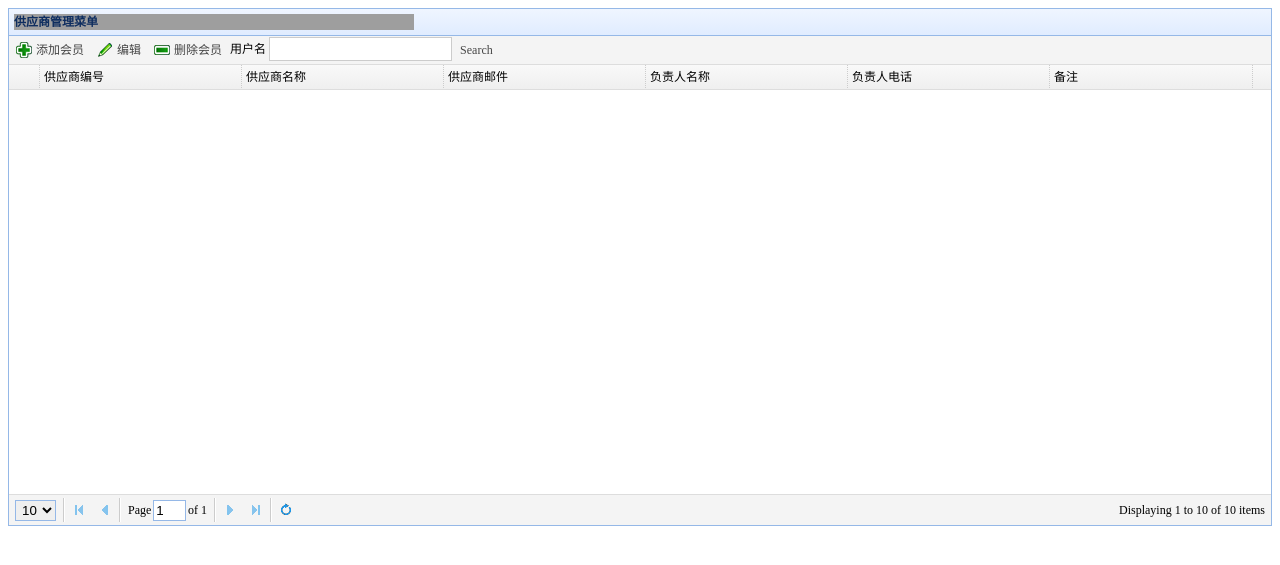
Repository: xnmll/jsp-mysql-mini-system
Page: finally/Member/WebRoot/PersonalMember.html
These files come from the project's save history. The page is drawn as it stood at one moment and after the next save; the edit follows.
The browser window is 1280 px wide. The pictures show the whole page.
Pictures or frames that could not be fetched are drawn as grey boxes. The page's requests for data from a server got no answer.

Above is the page before, as saved 2018-05-02 12:40:05.

### finally/Member/WebRoot/PersonalMember.html
<!DOCTYPE html>
<html lang="zh-cn">
<head>
<meta charset="UTF-8">
<title>主页</title>
<script src="eui/jquery.min.js"></script>
<script src="eui/jquery.easyui.min.js"></script>
<link rel="stylesheet" href="eui/themes/icon.css">
<link rel="stylesheet" href="eui/themes/default/easyui.css">
<style type="text/css">
#fm {
	margin: 0;
	padding: 10px 30px;
}

.ftitle {
	font-size: 14px;
	font-weight: bold;
	padding: 5px 0;
	margin-bottom: 10px;
	border-bottom: 1px solid #ccc;
}

.fitem {
	margin-bottom: 5px;
}

.fitem label {
	display: inline-block;
	width: 80px;
}

.fitem input {
	width: 160px;
}
</style>
<script>
	var url;
	//点击添加用户弹出菜单
	function newMember() {
		$("#dlg").dialog('open').dialog('setTitle', '添加供应商');
		$("#fm").form('clear');
		url = "addPersonalMemberAction"
	}

	function destroyMember() {
		var usernumbers = new Array();
		var rows = $("#dg").datagrid('getSelections');

		if (rows) {
			for (var i = 0; i < rows.length; i++) {
				usernumbers.push(rows[i].usernumber);
			}
			var j = usernumbers.toString();
			$.messager.confirm('确定', '确定删除选中的信息？', function(r) {
				if (r) {
					$.post("deleteMemberAction", {
						"usernumbers" : j
					}, function(result) {
						if (result.success) {
							$("#dg").datagrid('reload');
						} else {
							$.messager.show({
								Title : '错误',
								msg : result.errorMsg
							})
						}
					}, 'json');
				}
			})
		}
	}

	function editMember2() {
		var row = $('#dg').datagrid('getSelected');
		if (row) {
			$('#dlg2').dialog('open').dialog('setTitle', '编辑');
			$('#update').form('load', row);
			url = 'updateMemberAction?usernumber=' + row.usernumber;
		}
	}

	function saveMember2() {
		$('#update').form('submit', {
			url : url,
			onSubmit : function() {
				return $(this).form('validate');
			},
			success : function(result) {
				var result = eval('(' + result + ')');
				if (result.errorMsg) {
					$.messager.show({
						title : 'Error',
						msg : result.errorMsg
					});
				} else {
					$('#dlg2').dialog('close'); // close the dialog
					$('#dg').datagrid('reload'); // reload the user data
				}
			}
		});
	}

	//对话框OK选项

	function saveMember() {
		$('#fm').form('submit', {
			url : url,
			onSubmit : function() {
				return $(this).form('validate');
			},
			success : function(result) {
				var result = eval('(' + result + ')');
				if (result.errorMsg) {
					$.messager.show({
						title : 'Error',
						msg : result.errorMsg
					});
				} else {
					$('#dlg').dialog('close'); // close the dialog
					$('#dg').datagrid('reload'); // reload the user data
				}
			}
		});
	}

	function doSearch() {
		$('#dg').datagrid('load', {
			user : $('#user').val()
		});
	}
</script>
</head>
<body>
	<table id="dg" title="供应商管理菜单" class="easyui-datagrid"
		style="width:100%;height:70%"
		data-options="rownumbers:true,singleSelect:false,pagination:true"
		url="displayPersonalMemberAction" toolbar="#toolbar" rownumbers="true"
		fitColumns="true" singleSelect="false">
		<thead>
			<tr>
				<th field="usernumber" width="50">供应商编号</th>
				<th field="username" width="50">供应商名称</th>
				<th field="email" width="50">供应商邮件	</th>
				<th field="question" width="50">负责人名称</th>
				<th field="answer" width="50">负责人电话</th>
				<th field="safecode" width="50">备注</th>
			</tr>
		</thead>
	</table>
	<div id="toolbar">
		<a href="javascript:void(0)" class="easyui-linkbutton"
			iconCls="icon-add" plain="true" onclick="newMember()">添加会员</a> <a
			href="javascript:void(0)" class="easyui-linkbutton"
			iconCls="icon-edit" plain="true" onclick="editMember2()">编辑</a> <a
			href="javascript:void(0)" class="easyui-linkbutton"
			iconCls="icon-remove" plain="true" onclick="destroyMember()">删除会员</a>
		<span>用户名</span> <input id="user" name="user"
			style="line-height:20px;border:1px solid #ccc"> <a href="#"
			class="easyui-linkbutton" plain="true" onclick="doSearch()">Search</a>
	</div>
	<div id="dlg" class="easyui-dialog"
		style="width:400px;height:280px;padding:10px 20px" closed="true"
		buttons="#dlg-buttons">
		<div class="ftitle">会员信息</div>
		<form id="fm" method="post" ENCTYPE="multipart/form-data" novalidate>
			<div class="fitem">
				<label>用户名</label> <input type="text" name="username"
					class="easyui-validate">
			</div>
			<div class="fitem">
				<label>密码</label> <input type="password" name="password"
					class="easyui-validate">
			</div>

			<div class="fitem">
				<label>安全问题</label> <select name="question" id="question"
					class="easyui-according">
					<option value="你的母亲是？">你的母亲是？</option>
					<option value="你的父亲是?">你的父亲是?</option>
					<option value="你的生日是几号?">你的生日是几号?</option>
				</select>
			</div>
			<div class="fitem">
				<label>答案</label> <input type="text" name="answer"
					class="easyui-validate">
			</div>
			<div class="fitem">
				<label>安全码</label> <input type="text" name="safecode"
					class="easyui-validate">
			</div>
			<div class="fitem">
				<label>头像地址</label> <input name="img" class="easyui-filebox">
			</div>
			<div class="fitem">
				<label>邮箱</label> <input type="text" name="email"
					class="easyui-validate">
			</div>

		</form>

	</div>
	<div id="dlg2" class="easyui-dialog"
		style="width:400px;height:280px;padding:10px 20px" closed="true"
		buttons="#dlg-buttons2">
		<div class="ftitle">会员信息</div>
		<form id="update" method="post" novalidate>
			<div class="fitem">
				<label>用户名</label> <input type="text" name="username"
					class="easyui-validate" disabled=true>
			</div>
			<div class="fitem">
				<label>安全问题</label> <input type="text" name="question"
					class="easyui-validate">
			</div>
			<div class="fitem">
				<label>答案</label> <input type="text" name="answer"
					class="easyui-validate">
			</div>
			<div class="fitem">
				<label>安全码</label> <input type="text" name="safecode"
					class="easyui-validate">
			</div>

		</form>

	</div>
	<div id="dlg-buttons">
		<a href="#" class="easyui-linkbutton" iconCls="icon-ok"
			onclick="saveMember()">保存</a> <a href="#" class="easyui-linkbutton"
			iconCls="icon-cancel" onclick="javascript:$('#dlg').dialog('close')">取消</a>
	</div>
	<div id="dlg-buttons2">
		<a href="#" class="easyui-linkbutton" iconCls="icon-ok"
			onclick="saveMember2()">保存</a> <a href="#" class="easyui-linkbutton"
			iconCls="icon-cancel" onclick="javascript:$('#dlg2').dialog('close')">取消</a>
	</div>


</body>
</html>

### finally/Member/WebRoot/eui/themes/icon.css
.icon-blank{
	background:url('icons/blank.gif') no-repeat center center;
}
.icon-add{
	background:url('icons/edit_add.png') no-repeat center center;
}
.icon-edit{
	background:url('icons/pencil.png') no-repeat center center;
}
.icon-clear{
	background:url('icons/clear.png') no-repeat center center;
}
.icon-remove{
	background:url('icons/edit_remove.png') no-repeat center center;
}
.icon-save{
	background:url('icons/filesave.png') no-repeat center center;
}
.icon-cut{
	background:url('icons/cut.png') no-repeat center center;
}
.icon-ok{
	background:url('icons/ok.png') no-repeat center center;
}
.icon-no{
	background:url('icons/no.png') no-repeat center center;
}
.icon-cancel{
	background:url('icons/cancel.png') no-repeat center center;
}
.icon-reload{
	background:url('icons/reload.png') no-repeat center center;
}
.icon-search{
	background:url('icons/search.png') no-repeat center center;
}
.icon-print{
	background:url('icons/print.png') no-repeat center center;
}
.icon-help{
	background:url('icons/help.png') no-repeat center center;
}
.icon-undo{
	background:url('icons/undo.png') no-repeat center center;
}
.icon-redo{
	background:url('icons/redo.png') no-repeat center center;
}
.icon-back{
	background:url('icons/back.png') no-repeat center center;
}
.icon-sum{
	background:url('icons/sum.png') no-repeat center center;
}
.icon-tip{
	background:url('icons/tip.png') no-repeat center center;
}
.icon-filter{
	background:url('icons/filter.png') no-repeat center center;
}
.icon-man{
	background:url('icons/man.png') no-repeat center center;
}
.icon-lock{
	background:url('icons/lock.png') no-repeat center center;
}
.icon-more{
	background:url('icons/more.png') no-repeat center center;
}


.icon-mini-add{
	background:url('icons/mini_add.png') no-repeat center center;
}
.icon-mini-edit{
	background:url('icons/mini_edit.png') no-repeat center center;
}
.icon-mini-refresh{
	background:url('icons/mini_refresh.png') no-repeat center center;
}

.icon-large-picture{
	background:url('icons/large_picture.png') no-repeat center center;
}
.icon-large-clipart{
	background:url('icons/large_clipart.png') no-repeat center center;
}
.icon-large-shapes{
	background:url('icons/large_shapes.png') no-repeat center center;
}
.icon-large-smartart{
	background:url('icons/large_smartart.png') no-repeat center center;
}
.icon-large-chart{
	background:url('icons/large_chart.png') no-repeat center center;
}

Loaded but not shown: finally/Member/WebRoot/eui/jquery.min.js (library); finally/Member/WebRoot/eui/jquery.easyui.min.js (library); finally/Member/WebRoot/eui/themes/default/easyui.css (2869 lines, source omitted)

After the next save:
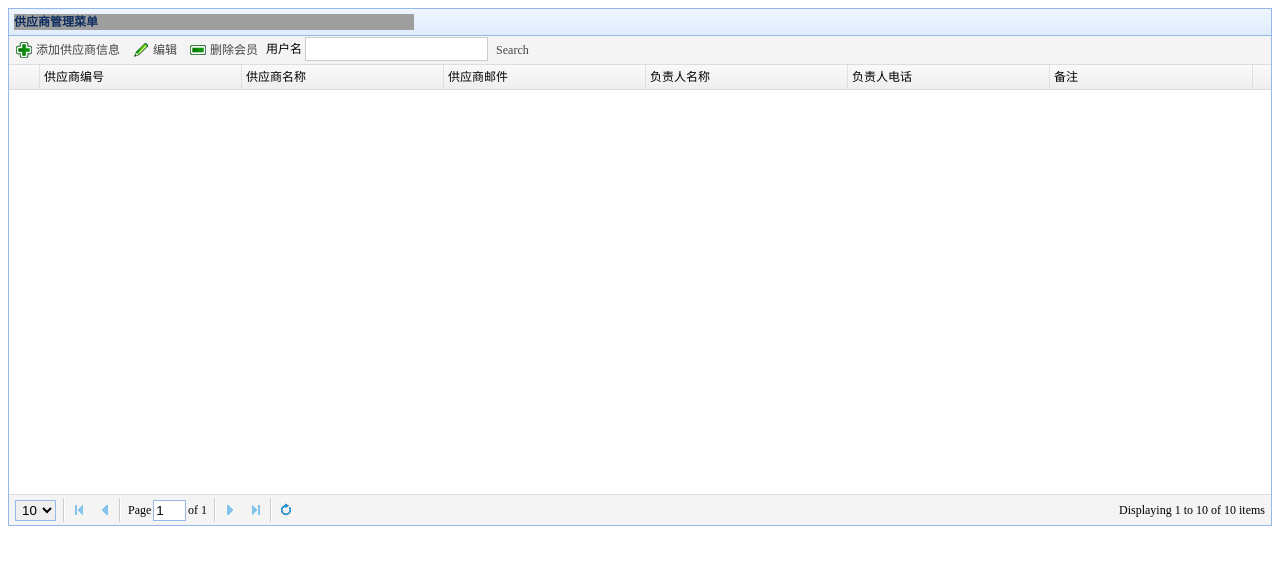
Saved 10 s later.
--- a/finally/Member/WebRoot/PersonalMember.html
+++ b/finally/Member/WebRoot/PersonalMember.html
@@ -150,7 +150,7 @@
 	</table>
 	<div id="toolbar">
 		<a href="javascript:void(0)" class="easyui-linkbutton"
-			iconCls="icon-add" plain="true" onclick="newMember()">添加会员</a> <a
+			iconCls="icon-add" plain="true" onclick="newMember()">添加供应商信息</a> <a
 			href="javascript:void(0)" class="easyui-linkbutton"
 			iconCls="icon-edit" plain="true" onclick="editMember2()">编辑</a> <a
 			href="javascript:void(0)" class="easyui-linkbutton"
